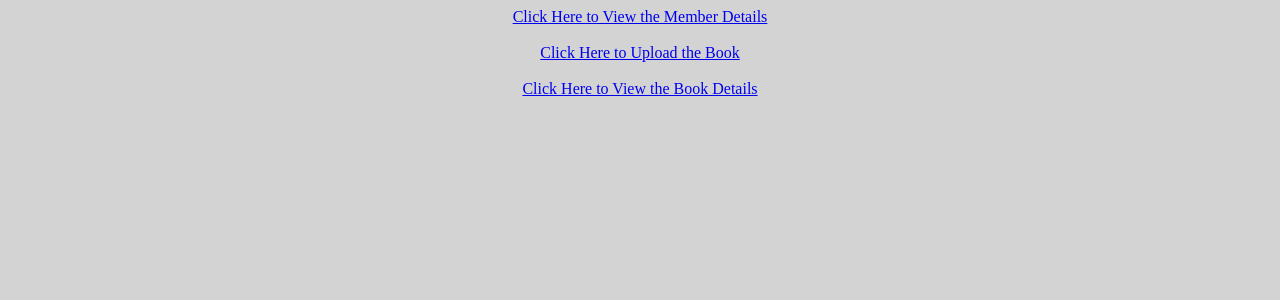
Repository: subhamsourabh265/LibManagementSystemJ2EE-
Page: library/WebContent/admlog.html
An editor plug-in stored every save of this project. The page is shown before and after the next save, followed by the edit.
The browser window is 1280 px wide. The pictures show the whole page.

Above is the page before, as saved 2015-07-01 03:35:38.

### library/WebContent/admlog.html
<!DOCTYPE html PUBLIC "-//W3C//DTD HTML 4.01 Frameset//EN" "http://www.w3.org/TR/html4/frameset.dtd">
<html>
<head>
<meta http-equiv="Content-Type" content="text/html; charset=ISO-8859-1">
<title>Insert title here</title>
</head>
    <body style="background-color:lightgray">
    <center>
    <font color="red">

    <a href="view1.jsp">Click Here to View the Member Details</a><br><br>
    <a href="bupload.html">Click Here to Upload the Book</a><br><br>
    <a href="view2.jsp">Click Here to View  the Book Details</a>
    </center>
</body>
</html>

After the next save:
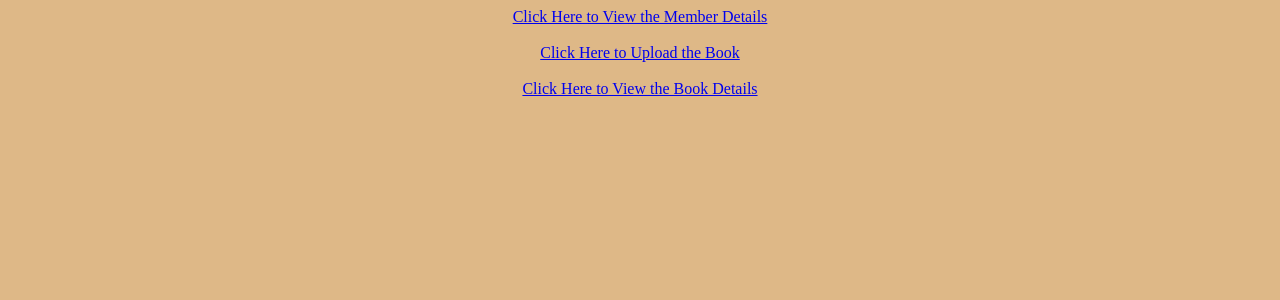
Saved 33 h 11 min later.
--- a/library/WebContent/admlog.html
+++ b/library/WebContent/admlog.html
@@ -4,7 +4,7 @@
 <meta http-equiv="Content-Type" content="text/html; charset=ISO-8859-1">
 <title>Insert title here</title>
 </head>
-    <body style="background-color:lightgray">
+    <body style="background-color:burlywood">
     <center>
     <font color="red">
 
